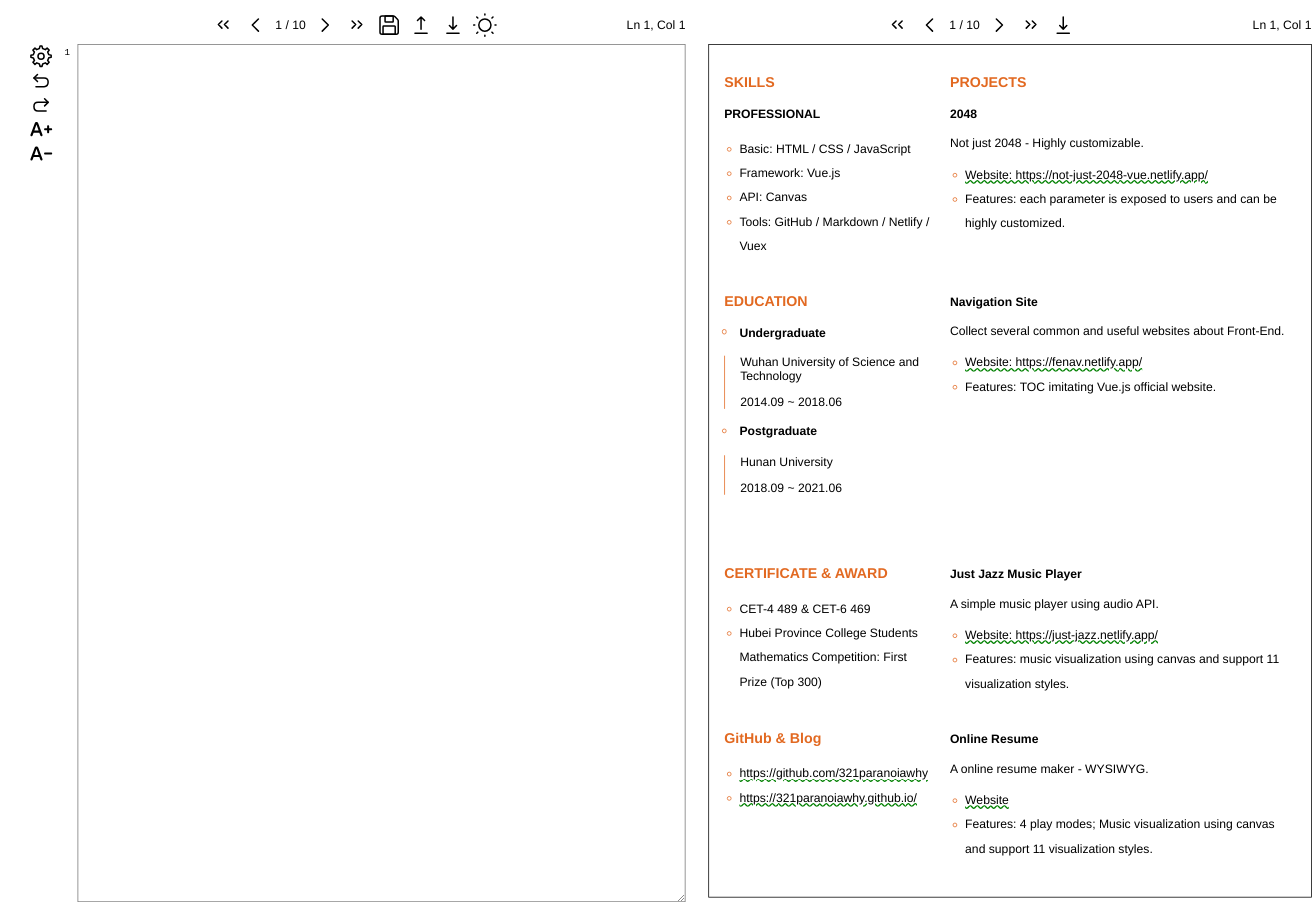
Repository: 321paranoiawhy/online-resume
Page: /
The author's editor kept a copy of each file at every save. The page is drawn from the files as they stood at one save, then again after the next save.
The browser window is 1280 px wide. The page is 1726 px wide, so the pictures cover 1726 px, including what lies to the right of the window. The pictures show the whole page, at 76% of full size.
The project was rebuilt for these pictures with package versions that can differ from the ones it lists, and the page was loaded fresh each time. Also part of the build but not shown: vue.config.js, src/components/Header.vue, src/components/Introduction.vue, src/components/Footer.vue.

Above is the page before, as saved 2022-06-08 17:43:16.

After the next save:
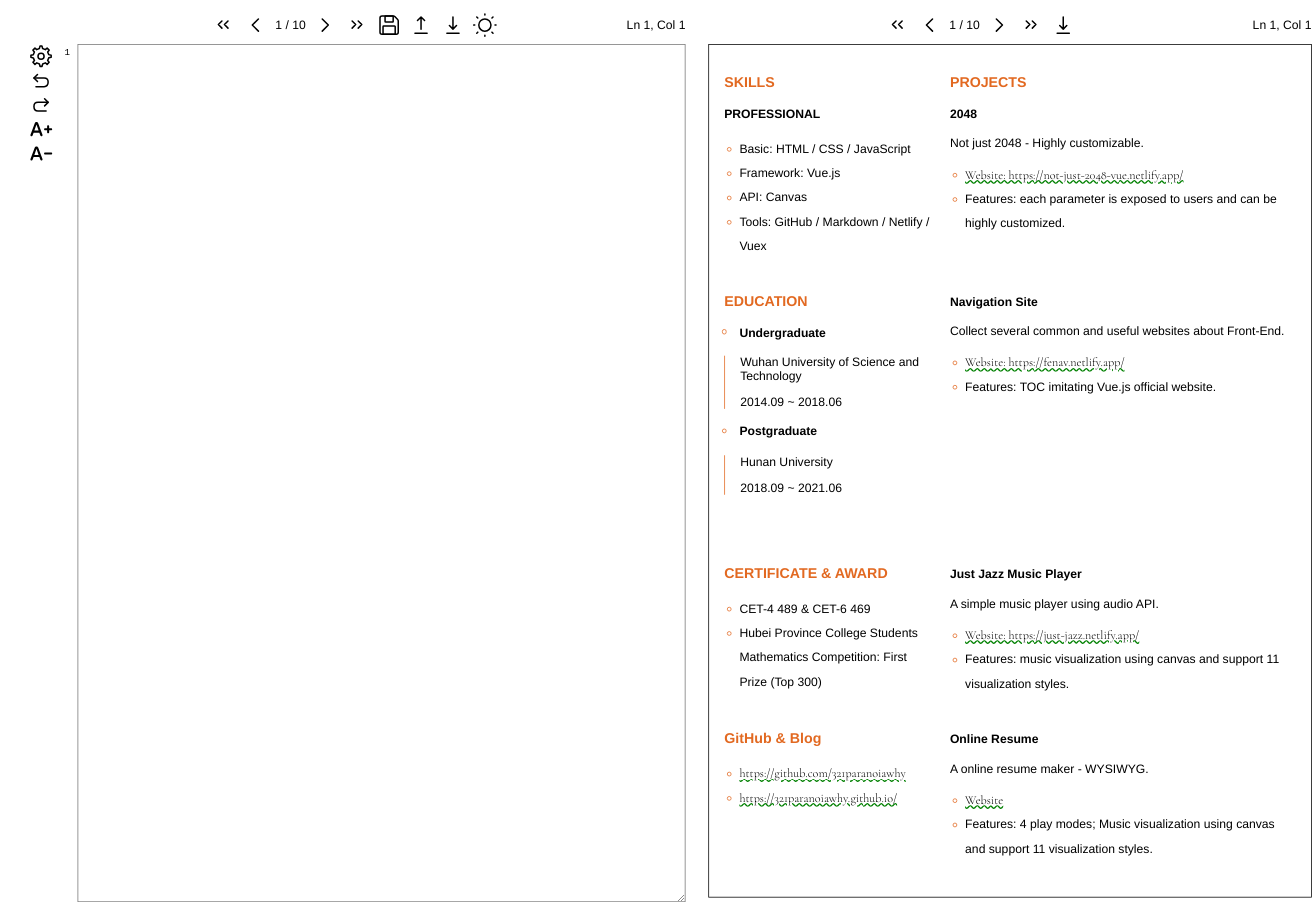
Saved 17 s later.
--- a/src/components/testTemplate.vue
+++ b/src/components/testTemplate.vue
@@ -171,6 +171,7 @@ div.grid {
     & a {
         text-decoration: green wavy underline;
         color: inherit;
+        font-family: "Cormorant Garamond", serif;
     }
     & div.border {
         border-left: 1px solid #e26921;
